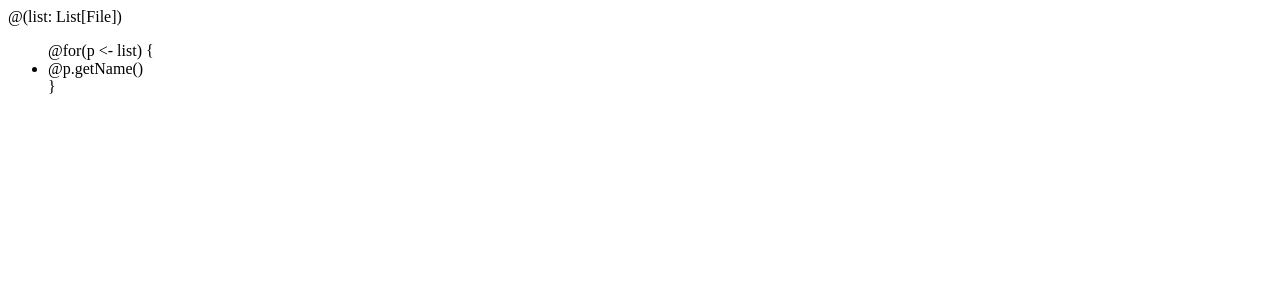
Repository: ackdom/opencv-surf
Page: surfbackend/.target/views/list.scala.html
An editor plug-in stored every save of this project. The page is shown before and after the next save, followed by the edit.
The browser window is 1280 px wide. The pictures show the whole page.

Above is the page before, as saved 2013-12-06 16:30:58.

### surfbackend/.target/views/list.scala.html
@(list: List[File])

<ul>
@for(p <- list) {
  <li>@p.getName()</li>
}
</ul>

After the next save:
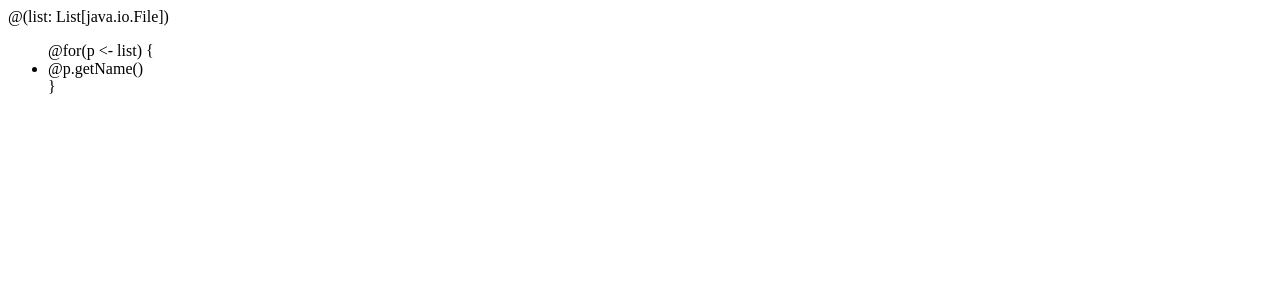
Saved 29 s later.
--- a/surfbackend/.target/views/list.scala.html
+++ b/surfbackend/.target/views/list.scala.html
@@ -1,4 +1,4 @@
-@(list: List[File])
+@(list: List[java.io.File])
 
 <ul>
 @for(p <- list) {
